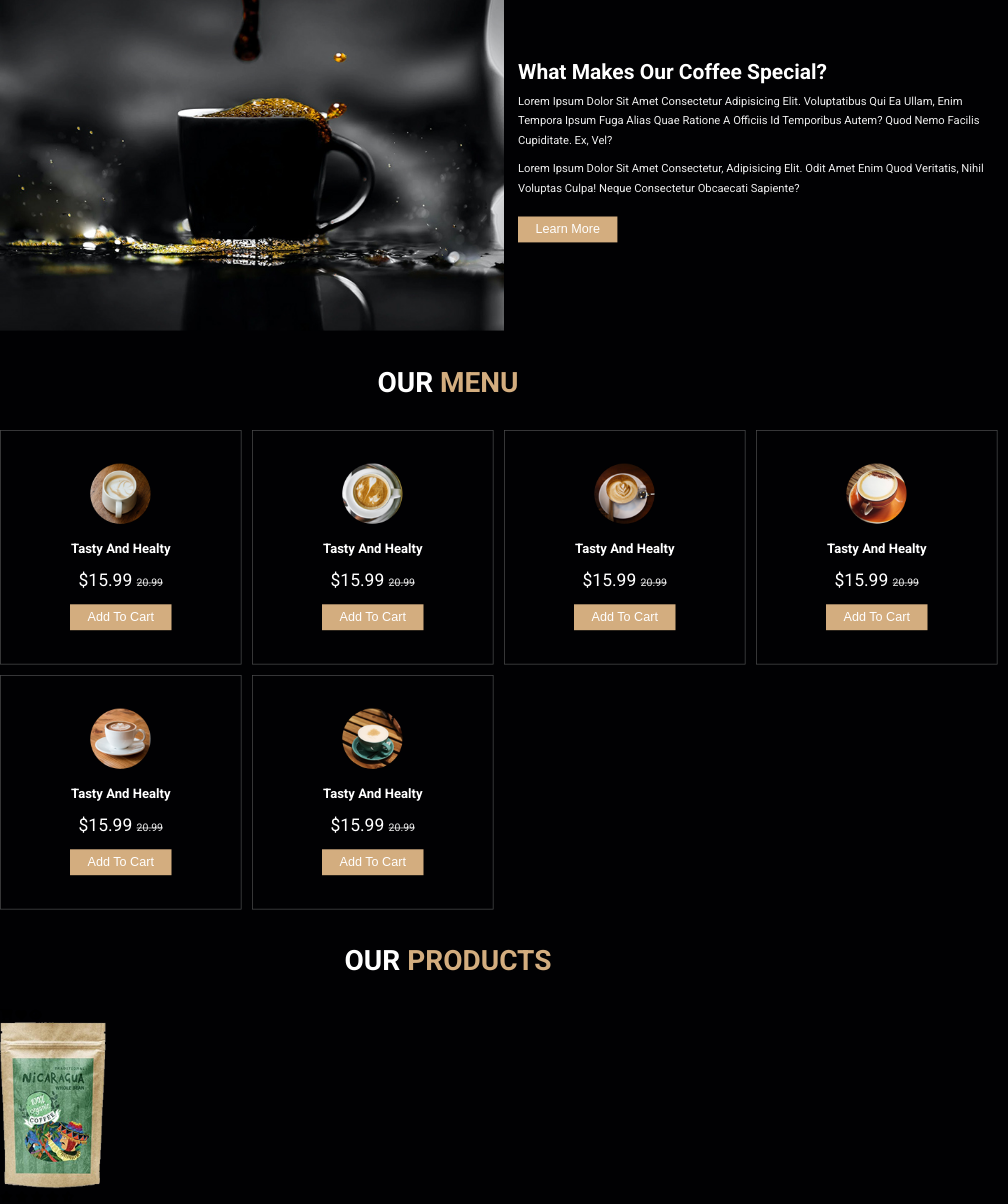
Repository: Dinhthai303/DinhThai
Page: index.html
An editor plug-in stored every save of this project. The page is shown before and after the next save, followed by the edit.
The browser window is 1280 px wide. The page is 1440 px wide, so the pictures cover 1440 px, including what lies to the right of the window. The pictures show the part of the page from y = 1126 to 2846 px (the page is 2846 px tall), at 70% of full size.

Above is the page before, as saved 2021-11-28 00:46:14.

### index.html
<!DOCTYPE html>
<html lang="en">

<head>
    <meta charset="UTF-8">
    <meta http-equiv="X-UA-Compatible" content="IE=edge">
    <meta name="viewport" content="width=device-width, initial-scale=1.0">
    <title>Document</title>
    <!-- FONT AWESOME -->
    <link rel="stylesheet" href="https://cdnjs.cloudflare.com/ajax/libs/font-awesome/6.0.0-beta3/css/all.min.css"
        integrity="sha512-Fo3rlrZj/k7ujTnHg4CGR2D7kSs0v4LLanw2qksYuRlEzO+tcaEPQogQ0KaoGN26/zrn20ImR1DfuLWnOo7aBA=="
        crossorigin="anonymous" referrerpolicy="no-referrer" />
    <!-- GOOLE FONT -->
    <link rel="preconnect" href="https://fonts.googleapis.com">
    <link rel="preconnect" href="https://fonts.gstatic.com" crossorigin>
    <link href="https://fonts.googleapis.com/css2?family=Roboto:wght@300;400;500;700&display=swap" rel="stylesheet">
    <!-- MAIN CSS -->
    <link rel="stylesheet" href="./css/style.css">
</head>

<body>
    <header class="header">
        <div class="container">
            <div class="header__content">
                <div class="header__logo">
                    <img src="./images/logo.png" alt="">
                </div>
                <ul class="header__menu">
                    <li class="header__item"><a class="header__link" href="#">Home</a></li>
                    <li class="header__item"><a class="header__link" href="#">About</a></li>
                    <li class="header__item"><a class="header__link" href="#">Menu</a></li>
                    <li class="header__item"><a class="header__link" href="#">Product</a></li>
                    <li class="header__item"><a class="header__link" href="#">Review</a></li>
                    <li class="header__item"><a class="header__link" href="#">Contact</a></li>
                    <li class="header__item"><a class="header__link" href="#">Blog</a></li>
                </ul>
                <div class="header__icon">
                    <i class="fa fa-search"></i>
                    <i class="fa fa-shopping-cart"></i>
                </div>
            </div>
        </div>
    </header>
    <section class="banner">
        <div class="banner__content">
            <img class="banner__image" src="./images/home-img.jpeg" alt="">
            <div class="banner__text">
                <h3 class="banner__title">FRESH COFFEE IN THE MORNING</h3>
                <p class="banner__desc">Lorem Ipsum, Dolor Sit Amet Consectetur Adipisicing Elit. Placeat Labore, Sint
                    Cupiditate Distinctio Tempora Reiciendis.</p>
                <button class="btn">Get Your now</button>
            </div>
        </div>
    </section>
    <section class="about">
        <h2 class="heading">About <span>us</span></h2>
        <div class="container">
            <div class="about__content">
                <div class="about__left">
                    <img class="about__image" src="./images/about-img.jpeg" alt="">
                </div>
                <div class="about__right">
                    <div class="about__text">
                        <h2 class="about__title">What Makes Our Coffee Special?</h2>
                        <p class="about__desc">Lorem Ipsum Dolor Sit Amet Consectetur Adipisicing Elit. Voluptatibus Qui
                            Ea Ullam, Enim Tempora Ipsum Fuga Alias Quae Ratione A Officiis Id Temporibus Autem? Quod
                            Nemo Facilis Cupiditate. Ex, Vel?</p>
                        <p class="about__desc">Lorem Ipsum Dolor Sit Amet Consectetur, Adipisicing Elit. Odit Amet Enim
                            Quod Veritatis, Nihil Voluptas Culpa! Neque Consectetur Obcaecati Sapiente?</p>
                        <button class="btn about__button">Learn More</button>
                    </div>
                </div>
            </div>
        </div>
    </section>
    <section class="menu">
        <h2 class="heading"><span>our</span> menu</h2>
        <div class="container">
            <div class="menu__content">
                <div class="menu__item">
                    <div class="menu__text">
                        <img src="./images/menu-1.png" alt="" class="menu__img">
                        <h3 class="menu__title">Tasty And Healty
                        </h3>
                        <div class="menu__price">$15.99 <span class="menu__price--old">20.99</span></div>
                        <button class="btn menu__button">Add To Cart</button>
                    </div>
                </div>
                <div class="menu__item">
                    <div class="menu__text">
                        <img src="./images/menu-2.png" alt="" class="menu__img">
                        <h3 class="menu__title">Tasty And Healty
                        </h3>
                        <div class="menu__price">$15.99 <span class="menu__price--old">20.99</span></div>
                        <button class="btn menu__button">Add To Cart</button>
                    </div>
                </div>
                <div class="menu__item">
                    <div class="menu__text">
                        <img src="./images/menu-3.png" alt="" class="menu__img">
                        <h3 class="menu__title">Tasty And Healty
                        </h3>
                        <div class="menu__price">$15.99 <span class="menu__price--old">20.99</span></div>
                        <button class="btn menu__button">Add To Cart</button>
                    </div>
                </div>
                <div class="menu__item">
                    <div class="menu__text">
                        <img src="./images/menu-4.png" alt="" class="menu__img">
                        <h3 class="menu__title">Tasty And Healty
                        </h3>
                        <div class="menu__price">$15.99 <span class="menu__price--old">20.99</span></div>
                        <button class="btn menu__button">Add To Cart</button>
                    </div>
                </div>
                <div class="menu__item">
                    <div class="menu__text">
                        <img src="./images/menu-5.png" alt="" class="menu__img">
                        <h3 class="menu__title">Tasty And Healty
                        </h3>
                        <div class="menu__price">$15.99 <span class="menu__price--old">20.99</span></div>
                        <button class="btn menu__button">Add To Cart</button>
                    </div>
                </div>
                <div class="menu__item">
                    <div class="menu__text">
                        <img src="./images/menu-6.png" alt="" class="menu__img">
                        <h3 class="menu__title">Tasty And Healty
                        </h3>
                        <div class="menu__price">$15.99 <span class="menu__price--old">20.99</span></div>
                        <button class="btn menu__button">Add To Cart</button>
                    </div>
                </div>
            </div>
        </div>
    </section>
    <section class="products">
        <h2 class="heading"><span>OUR</span> PRODUCTS</h2>
        <div class="container">
            <div class="products__content">
                <div class="products__item">
                    <div class="products__social">
                        <i class="fa fa-shopping-cart"></i>
                        <i class="fa fa-heart"></i>
                        <i class="fa fa-eye"></i>
                    </div>
                    <div class="products__img">
                        <img src="./images/product-1.png" alt="">
                    </div>
                    <div class="products__star">
                        <i class="fa fa-star"></i>
                        <i class="fa fa-star"></i>
                        <i class="fa fa-star"></i>
                        <i class="fa fa-star"></i>
                        <i class="fa fa-star-half-alt"></i>
                    </div>
                </div>
            </div>
        </div>
    </section>
    <section class="review"></section>
    <section class="contact"></section>
    <section class="blog"></section>
    <footer class="footer"></footer>
</body>

</html>

### css/style.css
*{
    margin: 0;
    padding: 0;
    box-sizing: border-box;
}
body{
    font-family: 'Roboto', sans-serif;
    background-color: #010103;
    font-weight: 400;
}
.heading{
    color: #D3AD7F;
    text-transform: uppercase;
    font-size: 40px;
    text-align: center;
    margin-bottom: 45px;
    margin-top: 50px;
}
.heading span{
    color: white;
}
.container{
    width: 1440px;
    margin: 0 auto;
}
.header{
    background-color: #010103;
    border-bottom: 1px solid #4D4E4F;
}
.header__content{
    display: flex;
    justify-content: space-between;
    align-items: center;
    background-color: #010103;
    padding: 15px 0;
}
.header__menu{
    display: flex;
    list-style: none;
    gap: 20px;
}
.header__item:hover .header__link{
    color: #D3AD7F;
}
.header__item:hover .header__link::after{
    opacity: 1;
    transform: translateY(7px);
}
.header__link::after{
    content: "";
    width: 100%;
    height: 2px;
    position: absolute;
    left: 0;
    bottom: 0;
    background-color: #D3AD7F;
    transition: all .5s;
    opacity: 0;
}
.header__link{
    position: relative;
    color: white;
    text-decoration: none;
}
.header__icon i{
    color: white;
    font-size: 23px;
    margin: 0 10px;
    cursor: pointer;
}
.header__icon i:hover{
    color: #D3AD7F;
}
.header__logo img{
    width: 70px;
}
.banner__content{
    position: relative;
    width: 100%;
    height: 850px;
}
.banner__image{
    width: 100%;
    height: 100%;
    object-fit: cover;
}
.banner__text{
    position: absolute;
    top: 50%;
    left: 120px;
    transform: translateY(-50%);
    width: 570px;
}
.banner__title{
    font-size: 58px;
    color: white;
}
.banner__desc{
    font-size: 20px;
    color: rgb(238, 238, 238);
    font-weight: lighter;
    line-height: 1.8;
    margin: 20px 0;
}
.btn{
    background-color: #D3AD7F;
    border: none;
    color: white;
    padding: 8px 25px;
    font-size: 18px;
}

.about__image{
    width: 100%;
    display: block;
}
.about__left, .about__right{
    width: 50%;
}
.about__content{
    display: flex;
}
.about__title{
    color: white;
    font-size: 30px;
}
.about__right{
    display: flex;
    align-items: center;
}
.about__desc{
    color: rgb(238, 238, 238);
    margin-top: 10px;
    line-height: 1.8;
}
.about__button{
    margin-top: 25px;
}
.about__text{
    margin-left: 20px;
}
.menu__content{
    display: flex;
    flex-wrap: wrap;
    gap: 15px;
}
.menu__item{
    width: calc(25% - 15px);
    border: 1px solid #4D4E4F;
    height: 335px;
    text-align: center;
    display: flex;
    justify-content: center;
    align-items: center;
}
.menu__title{
    color: white;
    margin-top: 20px;
}
.menu__price{
    color: white;
    font-size: 25px;
    margin: 20px 0;
}
.menu__price span{
    color: rgb(238, 238, 238);
    text-decoration: line-through;
    font-size: 15px;
}

After the next save:
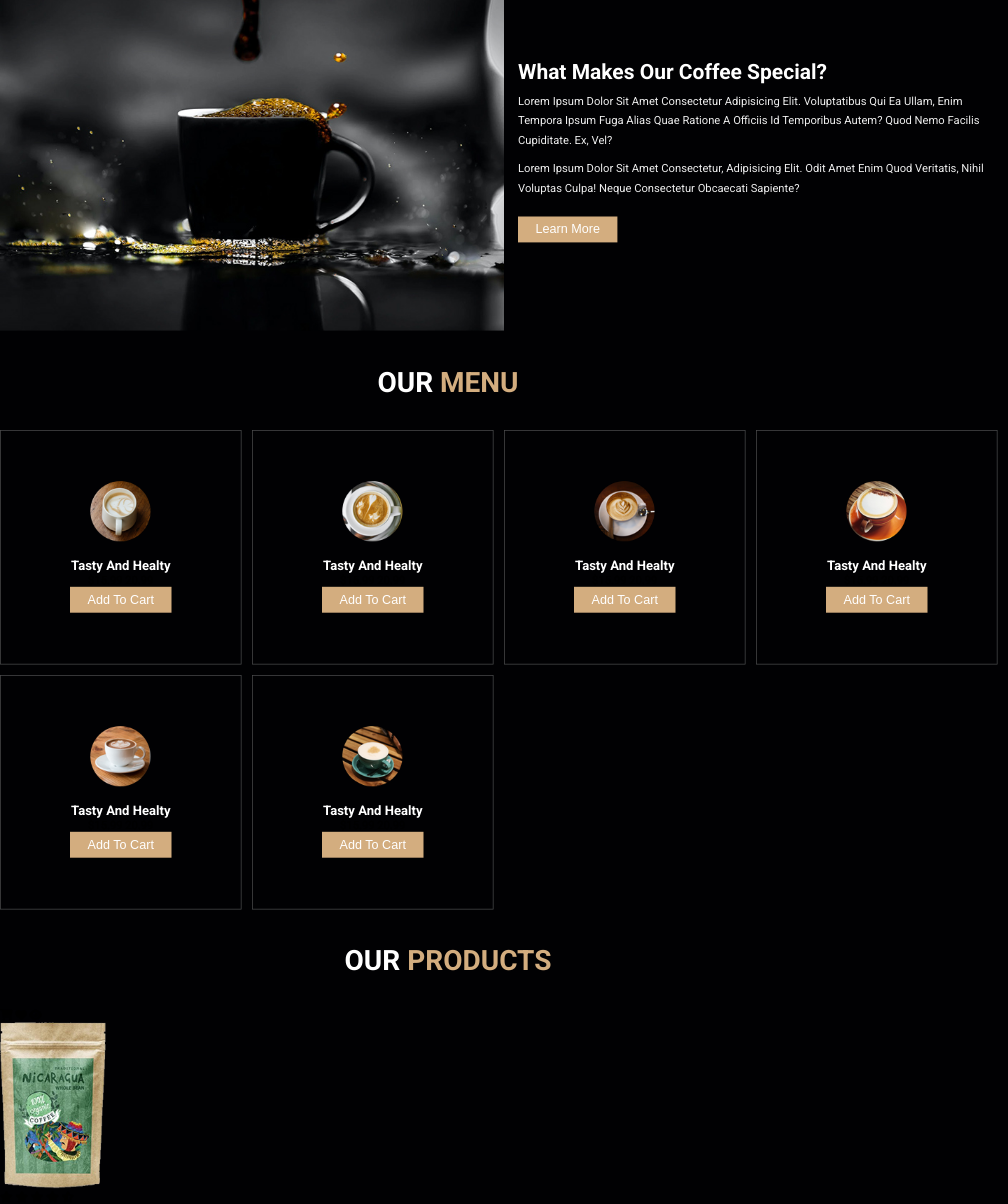
Saved 46 s later.
--- a/css/style.css
+++ b/css/style.css
@@ -157,12 +157,12 @@ body{
     color: white;
     margin-top: 20px;
 }
-.menu__price{
+.price{
     color: white;
     font-size: 25px;
     margin: 20px 0;
 }
-.menu__price span{
+.old{
     color: rgb(238, 238, 238);
     text-decoration: line-through;
     font-size: 15px;
